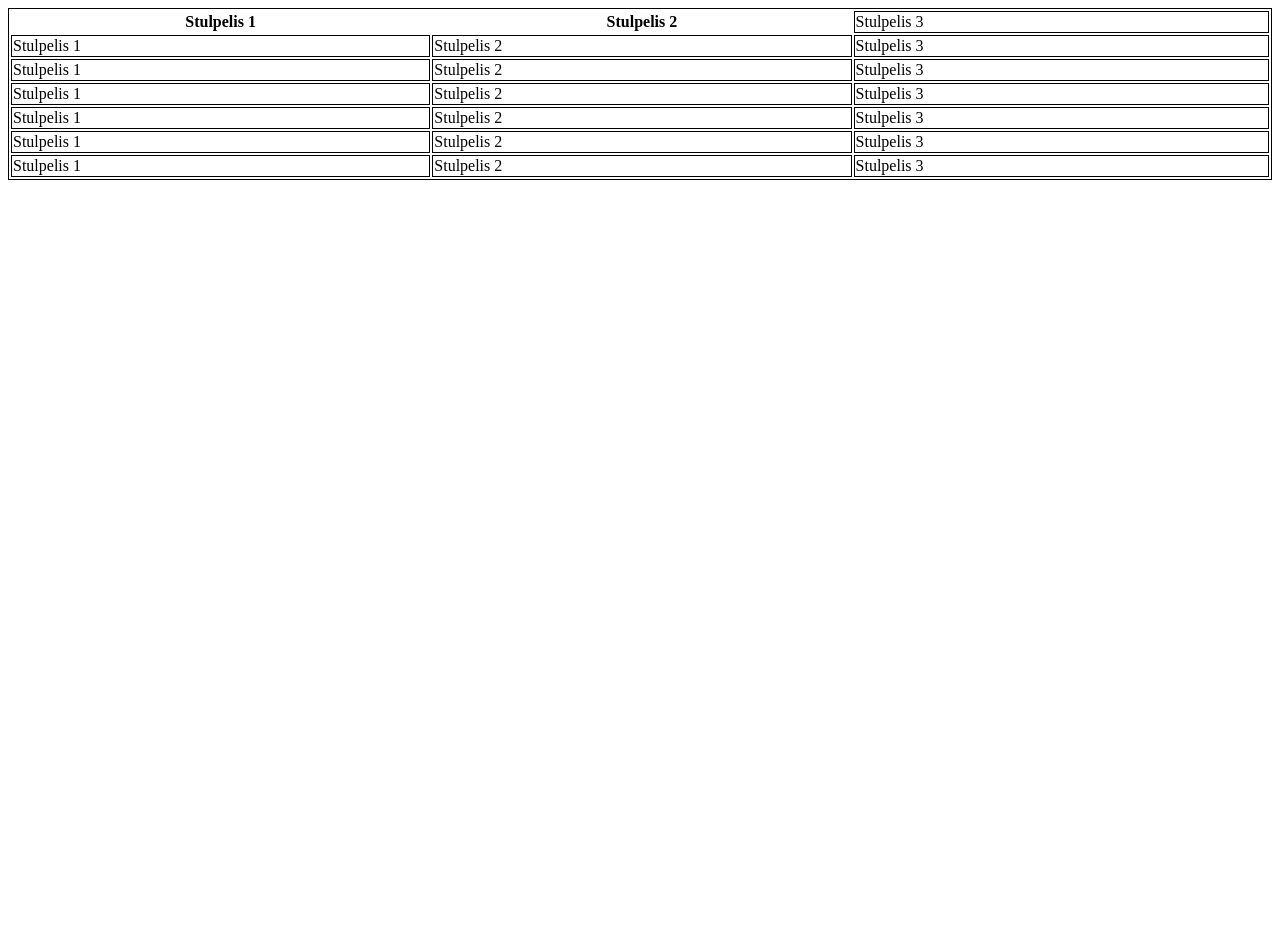
Repository: motiejus1/10-paskaita-05.31
Page: index.html
An editor plug-in stored every save of this project. The page is shown before and after a run of saves, followed by the edit.
The browser window is 1280 px wide. The pictures show the part of the page from y = 0 to 952 px (the page is 3188 px tall before and 3186 px after).
Backgrounds fixed to the window are drawn as part of the page.

Above is the page before, as saved 2021-06-16 19:47:43.

After the next 3 saves:
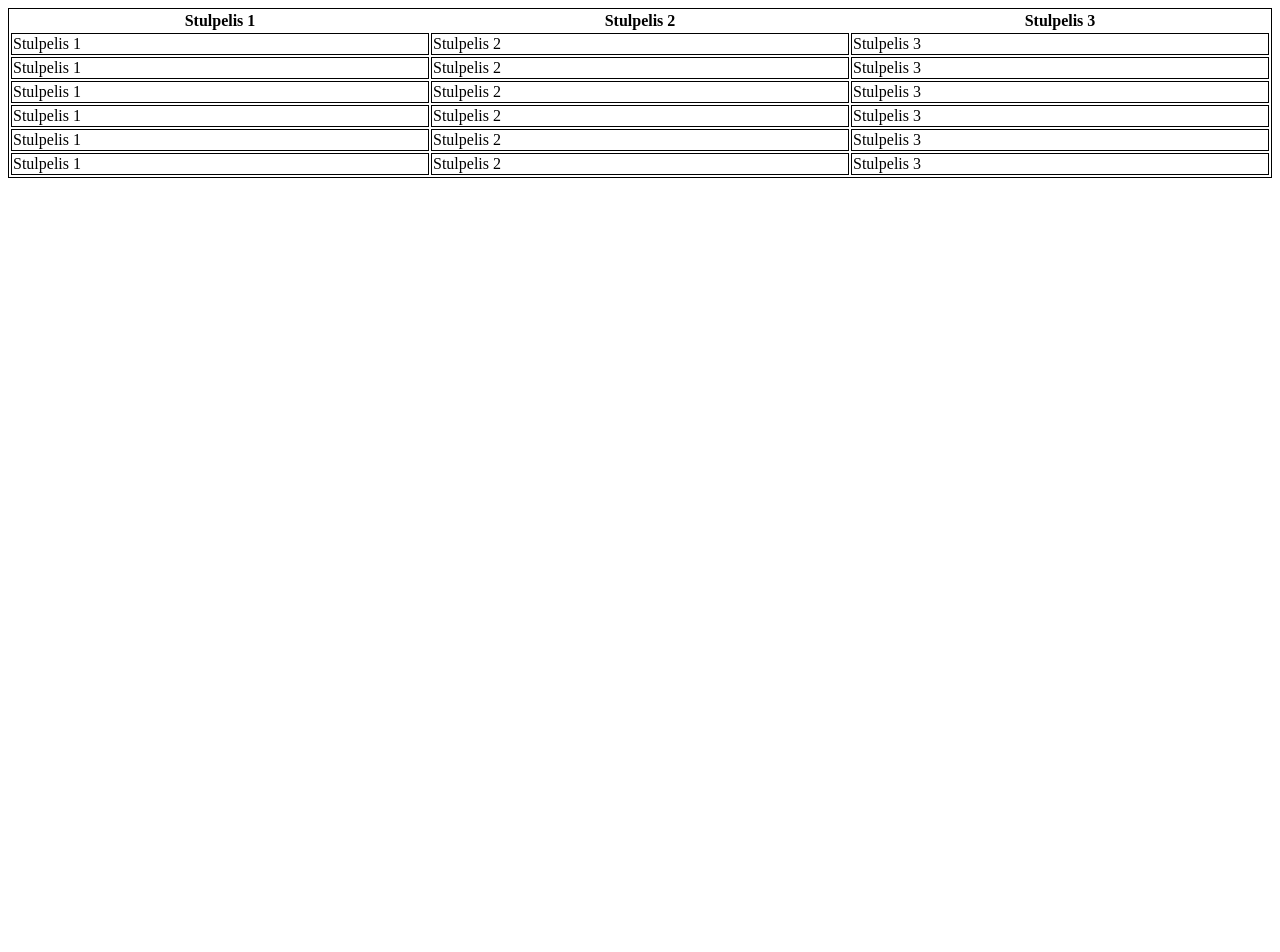
The 3 saves are shown as one change because they came seconds apart.
The last was saved 8 s later.
--- a/index.html
+++ b/index.html
@@ -69,7 +69,7 @@
         <tr>
             <th>Stulpelis 1</th>
             <th>Stulpelis 2</th>
-            <td>Stulpelis 3</td>
+            <th>Stulpelis 3</th>
         </tr>
         <tr>
             <td>Stulpelis 1</td>
